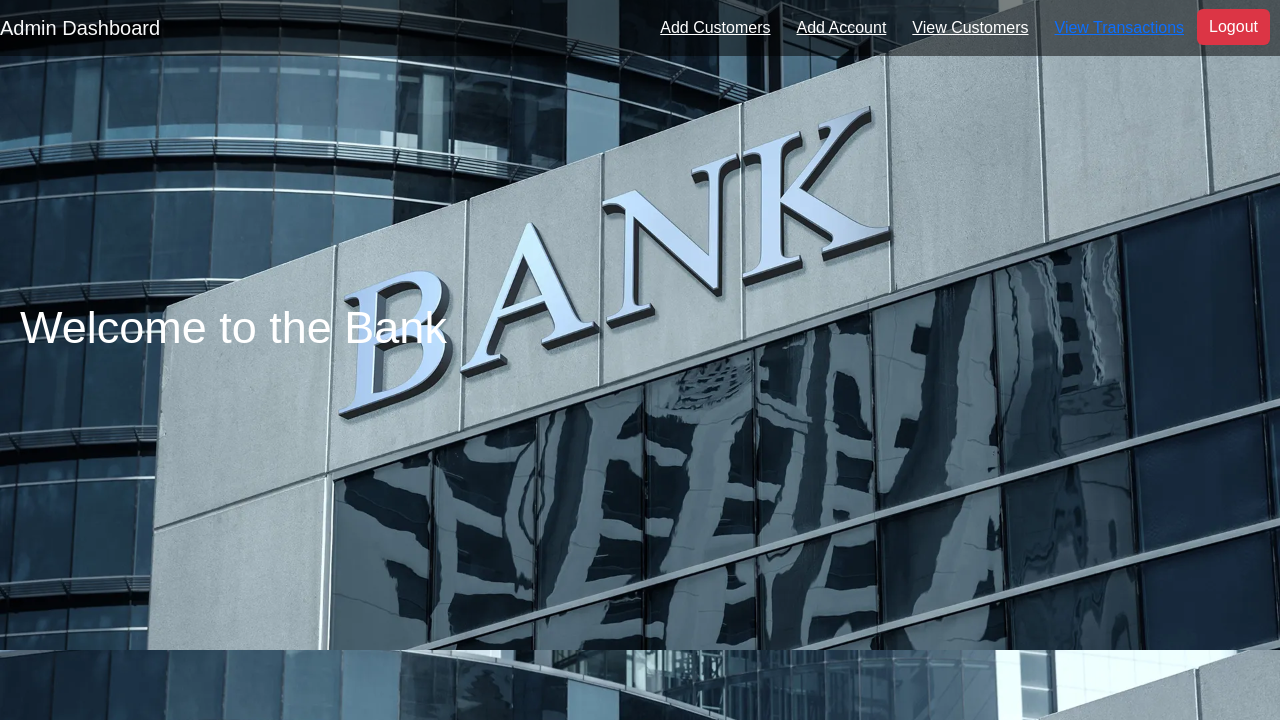
Repository: prathamsuhasia/swabhav-mini-project
Page: http://localhost/01-mini-project/Admin.jsp
An editor plug-in stored every save of this project. The page is shown before and after the next save, followed by the edit.
The browser window is 1280 px wide. The pictures show the whole page.
The page is served by Tomcat 9. The session is filled in as if someone had signed in: {"username": "testuser", "admin": "admin"}. Other server files are loaded and not shown.

Above is the page before, as saved 2024-08-15 16:20:57.

### 01-mini-project/WebContent/Admin.jsp
<%@ page language="java" contentType="text/html; charset=ISO-8859-1"
	pageEncoding="ISO-8859-1"%>
<%
	response.setHeader("Cache-Control", "no-cache, no-store, must-revalidate");
	response.setHeader("Pragma", "no-cache");
	response.setDateHeader("Expires", 0);
%>
<%
	HttpSession sessions = request.getSession(false);
	if (session == null || !"admin".equals(session.getAttribute("admin"))) {
		// No session or user not logged in, redirect to the login page
		response.sendRedirect("Index.jsp");
		return;
	}
%>
<!DOCTYPE html>
<html>
<head>
<meta http-equiv="Content-Type" content="text/html; charset=ISO-8859-1">
<title>Dashboard</title>
<link
	href="https://cdn.jsdelivr.net/npm/bootstrap@5.3.0/dist/css/bootstrap.min.css"
	rel="stylesheet">
<style>
body {
	background-image: url('Bank.webp');
	background-size: cover;
	background-position: center;
	color: #fff;
	font-family: Arial, sans-serif;
	position: relative;
    z-index: 1;
}

.navbar {
	background-color: rgba(0, 0, 0, 0.5);
	margin-bottom: 20px;
}

.navbar-brand {
	color: #f8f9fa;
}

.navbar-nav .nav-link {
	color: #f8f9fa !important;
}

.navbar-nav .nav-link:hover {
	color: #e9ecef !important;
}

.btn-logout {
	background-color: #dc3545;
	border: none;
	color: #fff;
	margin-right: 10px;
}

.btn-logout:hover {
	background-color: #c82333;
	color: #fff;
}

.welcome-message {
	display: flex;
	align-items: center;
	color: white;
	height: 70vh;
	justify-content: flex-start;
	padding-left: 20px;
	font-size: 45px;
}

.container {
	background-color: rgba(0, 0, 0, 0.6);
	padding: 20px;
	border-radius: 10px;
}


</style>
</head>
<body>
	<nav class="navbar navbar-expand-lg">
		<a class="navbar-brand" href="#">Admin Dashboard</a>
		<div class="collapse navbar-collapse justify-content-end">
			<ul class="navbar-nav">
				<li class="nav-item">
					<form action="AdminController" method="post" class="nav-item">
						<button type="submit" name="action" value="AddCustomers"
							class="btn btn-link"style="color:white;">Add Customers</button>
					</form>
				</li>
				<li class="nav-item">
					<form action="AdminController" method="post" class="nav-item">
						<button type="submit" name="action" value="AddAccount"
							class="btn btn-link" style="color:white;">Add Account</button>
					</form>
				</li>
				<li class="nav-item">
					<form action="AdminController" method="post" class="nav-item">
						<button type="submit" name="action" value="ViewCustomers"
							class="btn btn-link" style="color:white;">View Customers</button>
					</form>
				</li>
				<li class="nav-item">
					<form action="AdminController" method="post" class="nav-item">
						<button type="submit" name="action" value="ViewTransactions"
							class="btn btn-link" style="color:white,text-decoration: none; ">View Transactions</button>
					</form>
				</li>
				<li class="nav-item">
					<form action="LogoutServlet">
						<button type="submit" class="btn btn-logout">Logout</button>
					</form>
				</li>
			</ul>
		</div>
	</nav>

	<div class="welcome-message">Welcome to the Bank</div>

	<script src="https://code.jquery.com/jquery-3.6.0.min.js"></script>
	<script
		src="https://cdn.jsdelivr.net/npm/bootstrap@5.3.0/dist/js/bootstrap.bundle.min.js"></script>
</body>
</html>

After the next save:
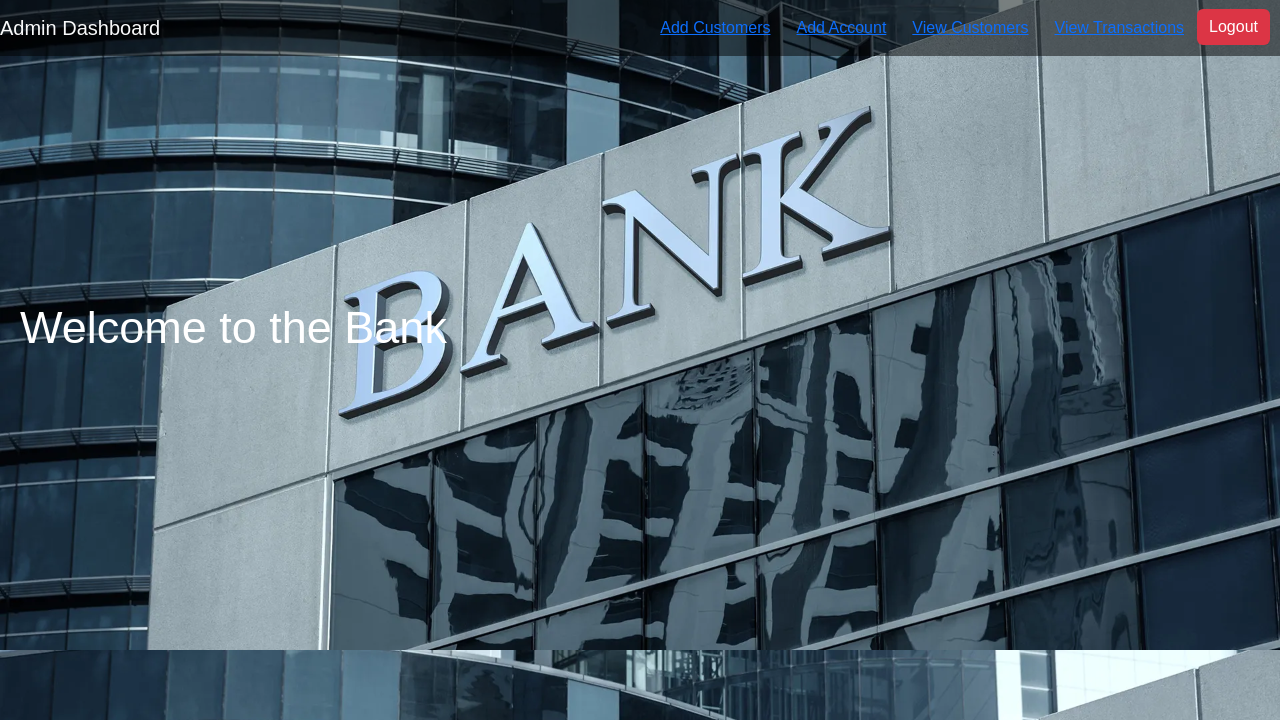
Saved 25 s later.
--- a/01-mini-project/WebContent/Admin.jsp
+++ b/01-mini-project/WebContent/Admin.jsp
@@ -88,19 +88,19 @@ body {
 				<li class="nav-item">
 					<form action="AdminController" method="post" class="nav-item">
 						<button type="submit" name="action" value="AddCustomers"
-							class="btn btn-link"style="color:white;">Add Customers</button>
+							class="btn btn-link"style="color:white,text-decoration: none;">Add Customers</button>
 					</form>
 				</li>
 				<li class="nav-item">
 					<form action="AdminController" method="post" class="nav-item">
 						<button type="submit" name="action" value="AddAccount"
-							class="btn btn-link" style="color:white;">Add Account</button>
+							class="btn btn-link" style="color:white,text-decoration: none;">Add Account</button>
 					</form>
 				</li>
 				<li class="nav-item">
 					<form action="AdminController" method="post" class="nav-item">
 						<button type="submit" name="action" value="ViewCustomers"
-							class="btn btn-link" style="color:white;">View Customers</button>
+							class="btn btn-link" style="color:white,text-decoration: none;">View Customers</button>
 					</form>
 				</li>
 				<li class="nav-item">
